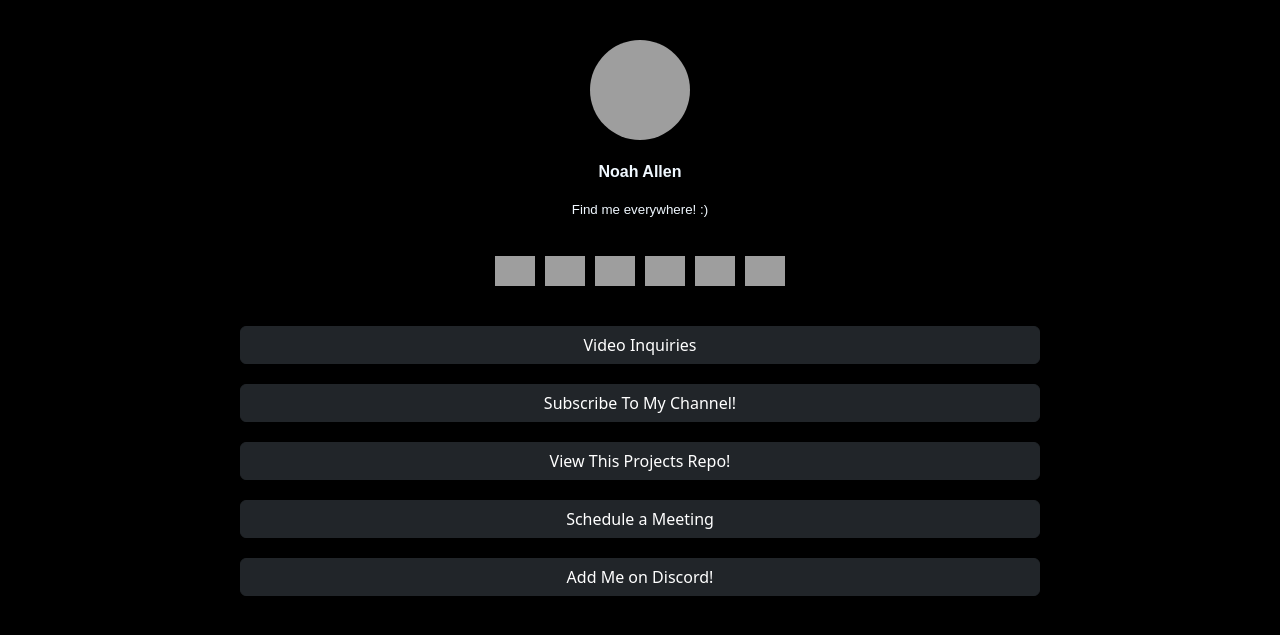
Repository: noahcallen/LAB-link-in-bio
Page: index.html
These files come from the project's save history. The page is drawn as it stood at one moment and after the next save; the edit follows.
The browser window is 1280 px wide. The pictures show the whole page.
Pictures or frames that could not be fetched are drawn as grey boxes.

Above is the page before, as saved 2024-07-13 14:11:47.

### index.html
<!DOCTYPE html>
<html lang="en">
<head>
  <meta charset="UTF-8">
  <meta name="viewport" content="width=device-width, initial-scale=1.0">
  <title>Link In Bio</title>
  <link href="https://cdn.jsdelivr.net/npm/bootstrap@5.3.3/dist/css/bootstrap.min.css" rel="stylesheet" integrity="sha384-QWTKZyjpPEjISv5WaRU9OFeRpok6YctnYmDr5pNlyT2bRjXh0JMhjY6hW+ALEwIH" crossorigin="anonymous">
  <link rel="stylesheet" href="main.css">
</head>
<body>

  <div class="container">
      <img src="https://avatars.githubusercontent.com/u/136144179?v=4" class="card-img-top" >
      <!-- Text  -->
      <div class="name">
        <p>Noah Allen</p>
      </div>
      <div class="message">
        <p>Find me everywhere! :)</p>
      </div>
      <!-- End Text  -->

      <!-- Start Social Links -->
       <div class="socials">
        <a href="https://github.com/noahcallen">
            <img src="https://encrypted-tbn0.gstatic.com/images?q=tbn:ANd9GcR8ALE7oHkCVQW__BqksKPvfOMVRld6PdFwwkGmH8uDJ3YEy_ublWKWsEdTTQjP0spD8q0&usqp=CAU" alt="" class="png">
        </a>
        <a href="https://x.com/noahcallen_">
            <img src="https://encrypted-tbn0.gstatic.com/images?q=tbn:ANd9GcSZE04GAOT6LgF5lVla1uWH3ayJ8zGBKlIE1A&s" alt="" class="png">
        </a>
        <a href="https://www.youtube.com/@noahcallenYT">
            <img src="https://uxwing.com/wp-content/themes/uxwing/download/brands-and-social-media/youtube-app-white-icon.png" alt="" class="png">
        </a>
        <a href="https://www.tiktok.com/@noahcallen_">
            <img src="https://uxwing.com/wp-content/themes/uxwing/download/brands-and-social-media/tiktok-round-white-icon.png" alt="" class="png">
        </a>
        <a href="https://www.linkedin.com/in/%E2%96%AB%EF%B8%8Fnoah-allen%E2%96%AB%EF%B8%8F-08b830209/">
            <img src="https://encrypted-tbn0.gstatic.com/images?q=tbn:ANd9GcSdWgDleYaMDY3x_ejUUS-83F7dAkAAd9ucXQ&s" alt="" class="png">
        </a>
        <a href="https://www.instagram.com/noahcallen_/">
            <img src="https://static.vecteezy.com/system/resources/thumbnails/019/874/344/small/instagram-apps-icon-free-png.png" alt="" class="png">
        </a>
       </div>
       <!-- End Social Link -->
    <div class="row">
      <div class="col">
        <button type="button" class="btn btn-dark">Video Inquiries</button>
        <button type="button" class="btn btn-dark">Subscribe To My Channel!</button>
        <button type="button" class="btn btn-dark">View This Projects Repo!</button>
        <button type="button" class="btn btn-dark">Schedule a Meeting</button>
        <button type="button" class="btn btn-dark">Add Me on Discord!</button>
      </div>
    </div>
  </div>






  <script src="main.js"></script>
  <script src="https://cdn.jsdelivr.net/npm/bootstrap@5.3.3/dist/js/bootstrap.bundle.min.js" integrity="sha384-YvpcrYf0tY3lHB60NNkmXc5s9fDVZLESaAA55NDzOxhy9GkcIdslK1eN7N6jIeHz" crossorigin="anonymous"></script>

</body>
</html>

### main.css
body {
  background-color:black;
}

.container {
  display: flex;
  flex-direction: column;
  align-items: center;
  padding: 40px;
}
.card-img-top {
  border-radius: 50%;
  height: 100px;
  width: 100px;
  margin-bottom: 20px;
}

.btn {
  display: flex;
  justify-content: space-around;
  text-align: center;
  margin: 20px;
  padding-left: 250px;
  padding-right: 250px;
  width: 800px;
}

.name {
  color: aliceblue;
  font-weight: bold;
  font-family: Arial, Helvetica, sans-serif;
}

.message {
  color: aliceblue;
  font-family: Arial, Helvetica, sans-serif;
  font-size: smaller;
}

.socials {
  display: flex;
  justify-content: center;
  padding-left: 25px;
  padding-right: 25px;
  margin: 20px;
}

.png {
  width: 50px;
  padding-left: 5px;
  padding-right: 5px;
}

Loaded but not shown: main.js (common file)

After the next save:
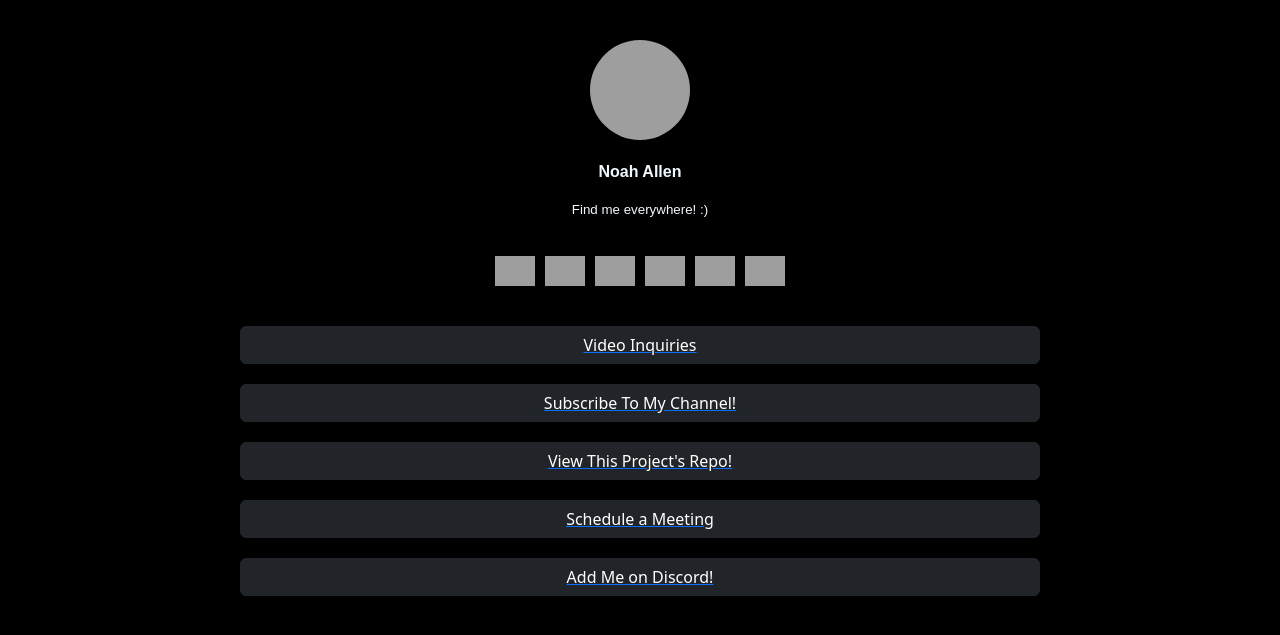
Saved 2 min 6 s later.
--- a/index.html
+++ b/index.html
@@ -44,12 +44,23 @@
        <!-- End Social Link -->
     <div class="row">
       <div class="col">
-        <button type="button" class="btn btn-dark">Video Inquiries</button>
-        <button type="button" class="btn btn-dark">Subscribe To My Channel!</button>
-        <button type="button" class="btn btn-dark">View This Projects Repo!</button>
-        <button type="button" class="btn btn-dark">Schedule a Meeting</button>
-        <button type="button" class="btn btn-dark">Add Me on Discord!</button>
-      </div>
+        <a href="mailto:your.email@example.com">
+            <button type="button" class="btn btn-dark">Video Inquiries</button>
+        </a>
+        <a href="https://www.youtube.com/yourchannel">
+            <button type="button" class="btn btn-dark">Subscribe To My Channel!</button>
+        </a>
+        <a href="https://github.com/yourusername/yourprojectrepo">
+            <button type="button" class="btn btn-dark">View This Project's Repo!</button>
+        </a>
+        <a href="https://calendly.com/yourusername/meeting">
+            <button type="button" class="btn btn-dark">Schedule a Meeting</button>
+        </a>
+        <a href="https://discord.com/users/yourdiscordid">
+            <button type="button" class="btn btn-dark">Add Me on Discord!</button>
+        </a>
+    </div>
+
     </div>
   </div>
 
